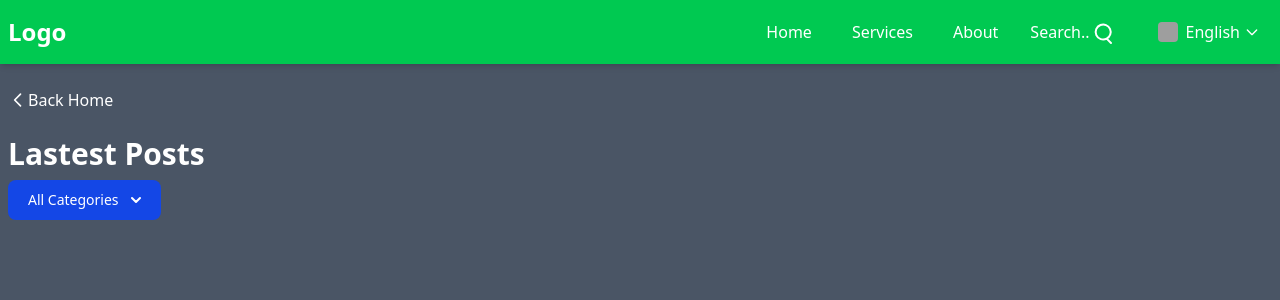
Repository: saroeuntola/we-share
Page: http://localhost/last-post?lang=en
These files come from the project's save history. The page is drawn as it stood at one moment and after the next save; the edit follows.
The browser window is 1280 px wide. The pictures show the whole page.
Pictures or frames that could not be fetched are drawn as grey boxes. The page is run by PHP 8.4 with error messages shown; the project is at /var/www/html/. Style sheets and scripts are compiled from the project's sources, by tool versions that may differ from the author's. Queries for data that is not in the repository find no rows.

Above is the page before, as saved 2025-08-28 19:48:00.

### last-post.php
<?php
include './admin/lib/db.php';
include './admin/lib/post_lib.php';
include './admin/lib/category_lib.php';
include './admin/lib/subcategory_lib.php';

$postModel = new Post();
$categoryModel = new Category();
$subcategoryModel = new Subcategory();

// --- FILTERS ---
$categorySlug = $_GET['category'] ?? null;
$subcategorySlug = $_GET['subcategory'] ?? null;

$categoryId = null;
$subcategoryId = null;
$subcategories = [];

// Get category
if ($categorySlug) {
    $cat = $categoryModel->getCategory($categorySlug);
    $categoryId = $cat['id'] ?? null;

    if ($categoryId) {
        $subcategories = $subcategoryModel->getSubcategoriesByCategory($categoryId);
    }
}

// Get subcategory
if ($subcategorySlug && $categoryId) {
    $sub = $subcategoryModel->getSubcategory($subcategorySlug);
    $subcategoryId = $sub['id'] ?? null;
}

// --- GET POSTS ---
$allPosts = array_filter($postModel->getPosts(), function ($p) use ($categoryId, $subcategoryId) {
    if ($categoryId && $p['category_id'] != $categoryId) return false;
    if ($subcategoryId && $p['subcategory_id'] != $subcategoryId) return false;
    return true;
});

// Sort descending
usort($allPosts, fn($a, $b) => strtotime($b['created_at']) - strtotime($a['created_at']));
?>
<!DOCTYPE html>
<html lang="en">

<head>
    <meta charset="UTF-8">
    <meta name="viewport" content="width=device-width, initial-scale=1.0">
    <title>Lastest Posts</title>
    <link rel="stylesheet" href="./assets/css/output.css">
    <link rel="stylesheet" href="./assets/css/custom.css">
</head>

<body class="bg-gray-600">
    <header class="fixed z-10 w-full" id="header">
        <?php
        include 'head-bar.php'
        ?>
    </header>
    <main class="max-w-7xl m-auto p-2 mt-[80px]">
        <div class="">
            <a href="index?lang=<?= $lang ?>"
                class="inline-flex justify-end items-center text-white hover:text-green-400 transition mb-6">
                <!-- Arrow Icon -->
                <svg class="w-5 h-5" fill="none" stroke="currentColor" stroke-width="2"
                    viewBox="0 0 24 24" xmlns="http://www.w3.org/2000/svg">
                    <path stroke-linecap="round" stroke-linejoin="round" d="M15 19l-7-7 7-7" />
                </svg>
                <?= $lang === 'en' ? 'Back Home' : '' ?>
            </a>
            <h1 class="lg:text-3xl text-2xl font-bold text-white">Lastest Posts</h1>

            <!-- CATEGORY FILTER -->
            <div class="relative inline-block mb-4 mt-2">
                <button id="dropdownButton" type="button"
                    class="text-white bg-blue-700 hover:bg-green-600 focus:outline-none focus:ring-blue-300 font-medium rounded-lg text-sm px-5 py-2.5 text-center inline-flex items-center"
                    onclick="toggleDropdown('categoryDropdown')">
                    <?= $categorySlug
                        ? htmlspecialchars($categoryModel->getCategory($categorySlug)['name'])
                        : 'All Categories' ?>
                    <svg class="w-2.5 h-2.5 ms-3" aria-hidden="true" xmlns="http://www.w3.org/2000/svg" fill="none" viewBox="0 0 10 6">
                        <path stroke="currentColor" stroke-linecap="round" stroke-linejoin="round" stroke-width="2" d="m1 1 4 4 4-4" />
                    </svg>
                </button>

                <!-- Dropdown menu -->
                <div id="categoryDropdown" class="absolute z-10 hidden bg-white divide-y divide-gray-100 rounded-lg shadow w-44 mt-2">
                    <ul class="py-2 text-sm text-gray-700">
                        <li>
                            <a href="<?= $_SERVER['PHP_SELF'] ?>" class="block px-4 py-2 hover:bg-gray-100">
                                All Categories
                            </a>
                        </li>
                        <?php foreach ($categoryModel->getCategories() as $catOption): ?>
                            <li>
                                <a href="?category=<?= htmlspecialchars($catOption['slug']) ?>"
                                    class="block px-4 py-2 hover:bg-gray-100">
                                    <?= htmlspecialchars($catOption['name']) ?>
                                </a>
                            </li>
                        <?php endforeach; ?>
                    </ul>
                </div>
            </div>
        </div>
    </main>
    <!-- SUBCATEGORY FILTER -->
    <?php if (!empty($subcategories)): ?>
        <div class="mb-4 flex flex-wrap gap-2 max-w-7xl m-auto px-2">
            <a href="?category=<?= htmlspecialchars($categorySlug) ?>"
                class="px-3 py-1 rounded <?= !$subcategorySlug ? 'bg-green-700 text-white' : 'bg-gray-300 text-gray-800' ?>">
                All Subcategories
            </a>
            <?php foreach ($subcategories as $sub): ?>
                <a href="?category=<?= htmlspecialchars($categorySlug) ?>&subcategory=<?= htmlspecialchars($sub['slug']) ?>"
                    class="px-3 py-1 rounded <?= ($subcategorySlug === $sub['slug']) ? 'bg-green-700 text-white' : 'bg-gray-300 text-gray-800' ?>">
                    <?= htmlspecialchars($sub['name']) ?>
                </a>
            <?php endforeach; ?>
        </div>
    <?php endif; ?>

    <!-- POSTS GRID -->
    <div class="grid grid-cols-2 md:grid-cols-3 lg:grid-cols-4 gap-2 max-w-7xl m-auto px-2">
        <?php foreach ($allPosts as $p):
            $cat = $categoryModel->getCategory($p['category_id']);
            $sub = $p['subcategory_id'] ? $subcategoryModel->getSubcategory($p['subcategory_id']) : null;
        ?>
            <div class="bg-gray-800 rounded-lg shadow-md overflow-hidden">
                <a href="detail.php?slug=<?= htmlspecialchars($p['slug']) ?>&lang=<?= $lang ?>" class=" cursor-pointer">
                    <?php if (!empty($p['image'])): ?>
                        <img src=" ./admin/posts/uploads/<?= htmlspecialchars($p['image']) ?>"
                            alt="<?= htmlspecialchars($p['name']) ?>" class="w-full h-[120px] md:h-[130px] lg:h-[180px] rounded-none">
                    <?php endif; ?>
                    <div class="p-2 text-white">
                        <h2 class="font-semibold lg:text-lg text-[14px]"><?= htmlspecialchars($p['name']) ?></h2>
                        <p class="text-gray-300 text-sm">
                            <?= htmlspecialchars($cat['name'] ?? '') ?>
                            <?= $sub ? ' / ' . htmlspecialchars($sub['name']) : '' ?>
                        </p>
                    </div>
                </a>

            </div>
        <?php endforeach; ?>
    </div>


    <script>
        function toggleDropdown(id) {
            const dropdown = document.getElementById(id);
            dropdown.classList.toggle('hidden');
        }

        // Optional: close dropdown when clicking outside
        window.addEventListener('click', function(e) {
            const dropdown = document.getElementById('categoryDropdown');
            const button = document.getElementById('dropdownButton');
            if (!dropdown.contains(e.target) && !button.contains(e.target)) {
                dropdown.classList.add('hidden');
            }
        });
    </script>
</body>

</html>

### admin/lib/db.php

<?php

function dbConn()
{
   $servername = "localhost";
    $username = "root";
    $password = "";
    $db = "weshare";

    try {
        $conn = new PDO("mysql:host=$servername;dbname=$db", $username, $password);
        $conn->setAttribute(PDO::ATTR_ERRMODE, PDO::ERRMODE_EXCEPTION);
        return $conn;
    } catch (PDOException $e) {
        die("Connection failed: " . $e->getMessage());
    }
}

function dbClose(&$conn)
{
    $conn = null;
}

function dbSelect($table, $column = "*", $criteria = "", $clause = "")
{
    if (empty($table)) return false;

    $sql = "SELECT $column FROM $table";
    if (!empty($criteria)) $sql .= " WHERE $criteria";
    if (!empty($clause)) $sql .= " $clause";

    $conn = dbConn();
    try {
        $stmt = $conn->query($sql);
        $result = $stmt->fetchAll(PDO::FETCH_ASSOC);
        dbClose($conn);
        return $result;
    } catch (PDOException $e) {
        echo "Error in selecting data: " . $e->getMessage();
        return false;
    }
}

function dbInsert($table, $data = array())
{
    if (empty($table) || empty($data)) return false;

    $conn = dbConn();
    $fields = implode(", ", array_keys($data));
    $placeholders = ":" . implode(", :", array_keys($data));
    $sql = "INSERT INTO $table ($fields) VALUES ($placeholders)";

    try {
        $stmt = $conn->prepare($sql);
        $stmt->execute($data);
        dbClose($conn);
        return true;
    } catch (PDOException $e) {
        echo "Error inserting data: " . $e->getMessage();
        return false;
    }
}

function dbUpdate($table, $data = array(), $criteria = "")
{
    if (empty($table) || empty($data) || empty($criteria)) return false;

    $conn = dbConn();
    $setClause = "";
    foreach ($data as $key => $val) {
        $setClause .= "$key = :$key, ";
    }
    $setClause = rtrim($setClause, ", ");
    $sql = "UPDATE $table SET $setClause WHERE $criteria";

    try {
        $stmt = $conn->prepare($sql);
        $stmt->execute($data);
        dbClose($conn);
        return true;
    } catch (PDOException $e) {
        echo "Error updating data: " . $e->getMessage();
        return false;
    }
}

function dbDelete($table, $criteria)
{
    if (empty($table) || empty($criteria)) return false;

    $sql = "DELETE FROM $table WHERE $criteria";
    $conn = dbConn();

    try {
        $stmt = $conn->prepare($sql);
        $stmt->execute();
        dbClose($conn);
        return true;
    } catch (PDOException $e) {
        echo "Error deleting data: " . $e->getMessage();
        return false;
    }
}

function dbCount($table = "", $criteria = "")
{
    if (empty($table)) return false;

    $sql = "SELECT COUNT(*) as count FROM $table";
    if (!empty($criteria)) $sql .= " WHERE $criteria";

    $conn = dbConn();
    try {
        $stmt = $conn->query($sql);
        $result = $stmt->fetch(PDO::FETCH_ASSOC);
        dbClose($conn);
        return $result['count'];
    } catch (PDOException $e) {
        echo "Error counting data: " . $e->getMessage();
        return false;
    }
}

?>

### admin/lib/category_lib.php
<?php
class Category
{
    private $db;
    private $lang;

    public function __construct($lang = 'en')
    {
        $this->db = dbConn();
        $this->lang = in_array($lang, ['en', 'kh']) ? $lang : 'en';
    }

    private function generateSlug($string)
    {
        $slug = strtolower(trim($string));
        $slug = preg_replace('/[^a-z0-9\- ]/', '', $slug);
        $slug = preg_replace('/\s+/', '-', $slug);
        $slug = preg_replace('/-+/', '-', $slug);

        $baseSlug = $slug;
        $i = 1;
        while ($this->slugExists($slug)) {
            $slug = $baseSlug . '-' . $i;
            $i++;
        }
        return $slug;
    }

    private function slugExists($slug)
    {
        $stmt = $this->db->prepare("SELECT COUNT(*) FROM categories WHERE slug = :slug");
        $stmt->execute(['slug' => $slug]);
        return $stmt->fetchColumn() > 0;
    }

    public function createCategory($name_en, $name_kh = null)
    {
        $slug = $this->generateSlug($name_en);
        $stmt = $this->db->prepare("INSERT INTO categories (name, name_kh, slug) VALUES (:name, :name_kh, :slug)");
        return $stmt->execute([
            'name' => $name_en,
            'name_kh' => $name_kh,
            'slug' => $slug
        ]);
    }

    // GET all categories
    public function getCategories()
    {
        $sql = "SELECT *,
                CASE WHEN :lang = 'kh' THEN name_kh ELSE name END AS name
                FROM categories
                ORDER BY name ASC";
        $stmt = $this->db->prepare($sql);
        $stmt->bindValue(':lang', $this->lang, PDO::PARAM_STR);
        $stmt->execute();
        return $stmt->fetchAll(PDO::FETCH_ASSOC);
    }

    // GET category by ID or slug
    public function getCategory($identifier)
    {
        if (is_numeric($identifier)) {
            $sql = "SELECT *,
                    CASE WHEN :lang = 'kh' THEN name_kh ELSE name END AS name
                    FROM categories
                    WHERE id = :id
                    LIMIT 1";
            $stmt = $this->db->prepare($sql);
            $stmt->bindValue(':id', $identifier, PDO::PARAM_INT);
        } else {
            $sql = "SELECT *,
                    CASE WHEN :lang = 'kh' THEN name_kh ELSE name END AS name
                    FROM categories
                    WHERE slug = :slug
                    LIMIT 1";
            $stmt = $this->db->prepare($sql);
            $stmt->bindValue(':slug', $identifier, PDO::PARAM_STR);
        }
        $stmt->bindValue(':lang', $this->lang, PDO::PARAM_STR);
        $stmt->execute();
        return $stmt->fetch(PDO::FETCH_ASSOC);
    }

    public function updateCategory($id, $newName_en, $newName_kh = null)
    {
        $slug = $this->generateSlug($newName_en);
        $stmt = $this->db->prepare("
            UPDATE categories SET
                name = :name_en,
                name_kh = :name_kh,
                slug = :slug

            WHERE id = :id
        ");
        return $stmt->execute([
            'name_en' => $newName_en,
            'name_kh' => $newName_kh,
            'slug' => $slug,
            'id' => $id
        ]);
    }

    public function deleteCategory($id)
    {
        $stmt = $this->db->prepare("DELETE FROM categories WHERE id = :id");
        return $stmt->execute(['id' => $id]);
    }

    public function deleteCatBySlug($slug)
    {
        $stmt = $this->db->prepare("DELETE FROM categories WHERE slug = :slug");
        return $stmt->execute(['slug' => $slug]);
    }
}

### admin/lib/subcategory_lib.php
<?php
class Subcategory
{
    private $db;
    private $lang;

    public function __construct($lang = 'en')
    {
        $this->db = dbConn();
        $this->lang = in_array($lang, ['en', 'kh']) ? $lang : 'en';
    }

    // GET all subcategories
    public function getAllSubcategory($lang = 'en')
    {
        $lang = in_array($lang, ['en', 'kh']) ? $lang : 'en';

        $sql = "SELECT s.*,
                   CASE WHEN :lang = 'kh' THEN s.name_kh ELSE s.name END AS name,
                   c.name AS category_name
            FROM subcategories s
            INNER JOIN categories c ON s.category_id = c.id";

        $stmt = $this->db->prepare($sql);
        $stmt->bindValue(':lang', $lang, PDO::PARAM_STR);
        $stmt->execute();

        return $stmt->fetchAll(PDO::FETCH_ASSOC);
    }


    private function generateSlug($string)
    {
        $slug = strtolower(trim($string));
        $slug = preg_replace('/[^a-z0-9\- ]/', '', $slug);
        $slug = preg_replace('/\s+/', '-', $slug);
        $slug = preg_replace('/-+/', '-', $slug);

        $baseSlug = $slug;
        $i = 1;
        while ($this->slugExists($slug)) {
            $slug = $baseSlug . '-' . $i;
            $i++;
        }
        return $slug;
    }

    private function slugExists($slug)
    {
        $stmt = $this->db->prepare("SELECT COUNT(*) FROM subcategories WHERE slug = :slug");
        $stmt->execute(['slug' => $slug]);
        return $stmt->fetchColumn() > 0;
    }

    // CREATE subcategory
    public function createSubcategory($category_id, $name_en, $name_kh = null, $added_by = null)
    {
        $slug = $this->generateSlug($name_en);
        $stmt = $this->db->prepare("
            INSERT INTO subcategories (category_id, name, name_kh, slug, added_by)
            VALUES (:category_id, :name_en, :name_kh, :slug, :added_by)
        ");
        return $stmt->execute([
            'category_id' => $category_id,
            'name_en' => $name_en,
            'name_kh' => $name_kh,
            'slug' => $slug,
            'added_by' => $added_by
        ]);
    }

    // GET subcategories by category ID
    public function getSubcategoriesByCategory($category_id)
    {
        $sql = "SELECT *,
                CASE WHEN :lang = 'kh' THEN name_kh ELSE name END AS name
                FROM subcategories
                WHERE category_id = :category_id
                ORDER BY name ASC";
        $stmt = $this->db->prepare($sql);
        $stmt->bindValue(':category_id', $category_id, PDO::PARAM_INT);
        $stmt->bindValue(':lang', $this->lang, PDO::PARAM_STR);
        $stmt->execute();
        return $stmt->fetchAll(PDO::FETCH_ASSOC);
    }

    // GET subcategories by category slug
    public function getSubcategoriesByCategorySlug($category_slug)
    {
        $sql = "SELECT s.*,
                CASE WHEN :lang = 'kh' THEN s.name_kh ELSE s.name END AS name
                FROM subcategories s
                INNER JOIN categories c ON s.category_id = c.id
                WHERE c.slug = :slug
                ORDER BY s.name ASC";
        $stmt = $this->db->prepare($sql);
        $stmt->bindValue(':slug', $category_slug, PDO::PARAM_STR);
        $stmt->bindValue(':lang', $this->lang, PDO::PARAM_STR);
        $stmt->execute();
        return $stmt->fetchAll(PDO::FETCH_ASSOC);
    }

    // GET single subcategory by ID or slug
    public function getSubcategory($identifier)
    {
        if (is_numeric($identifier)) {
            $sql = "SELECT *,
                    CASE WHEN :lang = 'kh' THEN name_kh ELSE name END AS name
                    FROM subcategories
                    WHERE id = :id
                    LIMIT 1";
            $stmt = $this->db->prepare($sql);
            $stmt->bindValue(':id', $identifier, PDO::PARAM_INT);
        } else {
            $sql = "SELECT *,
                    CASE WHEN :lang = 'kh' THEN name_kh ELSE name END AS name
                    FROM subcategories
                    WHERE slug = :slug
                    LIMIT 1";
            $stmt = $this->db->prepare($sql);
            $stmt->bindValue(':slug', $identifier, PDO::PARAM_STR);
        }

        $stmt->bindValue(':lang', $this->lang, PDO::PARAM_STR);
        $stmt->execute();
        return $stmt->fetch(PDO::FETCH_ASSOC);
    }

    // UPDATE subcategory
    public function updateSubcategory($identifier, $newName_en = null, $newName_kh = null, $newCategoryId = null, $newAdded_by = null)
    {
        $sub = $this->getSubcategory($identifier);
        if (!$sub) return false;

        $slug = $newName_en ? $this->generateSlug($newName_en) : $sub['slug'];

        $sql = "UPDATE subcategories SET name = :name_en, name_kh = :name_kh, slug = :slug";
        $params = [
            'name_en' => $newName_en ?? $sub['name'],
            'name_kh' => $newName_kh ?? $sub['name_kh'],
            'slug' => $slug,
            'id' => $sub['id']
        ];

        if ($newCategoryId !== null) {
            $sql .= ", category_id = :category_id";
            $params['category_id'] = $newCategoryId;
        }

        if ($newAdded_by !== null) {
            $sql .= ", added_by = :added_by";
            $params['added_by'] = $newAdded_by;
        }

        $sql .= " WHERE id = :id";
        $stmt = $this->db->prepare($sql);
        return $stmt->execute($params);
    }

    // DELETE subcategory
    public function deleteSubcategory($identifier)
    {
        $sub = $this->getSubcategory($identifier);
        if (!$sub) return false;

        $stmt = $this->db->prepare("DELETE FROM subcategories WHERE id = :id");
        return $stmt->execute(['id' => $sub['id']]);
    }
}

### assets/css/custom.css
#header {
  top: 0;
}

.khmer-font-nav{
    font-family: "Moul", serif;
    font-weight: 400;
    font-style: normal;
    font-size: 14px;
}

    .khmer-font {
        font-family: "Battambang", system-ui;
        font-weight: 100;
        font-style: normal;
        font-size: 14px;
    }
    .khmer-font-kulen{
       font-family: "Koulen", sans-serif;
  font-weight: 400;
  font-style: normal;
  font-size: 17px;
    }

Loaded but not shown: assets/css/input.css (common file); head-bar.php (327 lines, source omitted); admin/lib/post_lib.php (349 lines, source omitted)

After the next save:
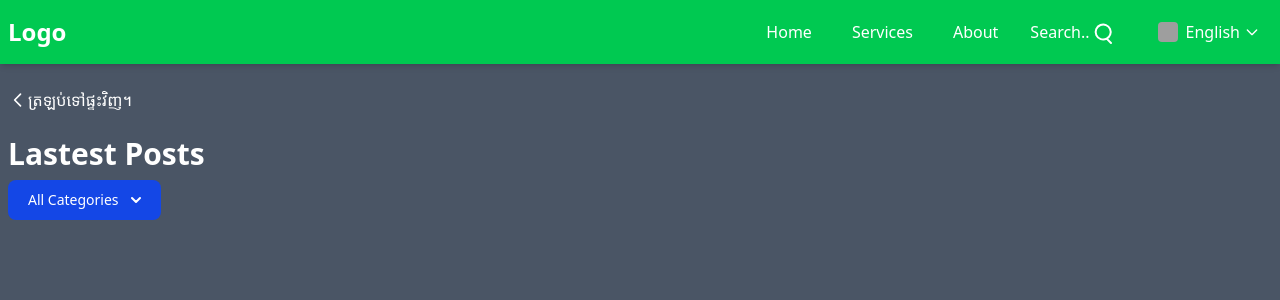
Saved 18 s later.
--- a/last-post.php
+++ b/last-post.php
@@ -68,7 +68,7 @@ usort($allPosts, fn($a, $b) => strtotime($b['created_at']) - strtotime($a['creat
                     viewBox="0 0 24 24" xmlns="http://www.w3.org/2000/svg">
                     <path stroke-linecap="round" stroke-linejoin="round" d="M15 19l-7-7 7-7" />
                 </svg>
-                <?= $lang === 'en' ? 'Back Home' : '' ?>
+                <?= $lang === 'en' ? 'ត្រឡប់ទៅផ្ទះវិញ។' : '' ?>
             </a>
             <h1 class="lg:text-3xl text-2xl font-bold text-white">Lastest Posts</h1>
 
